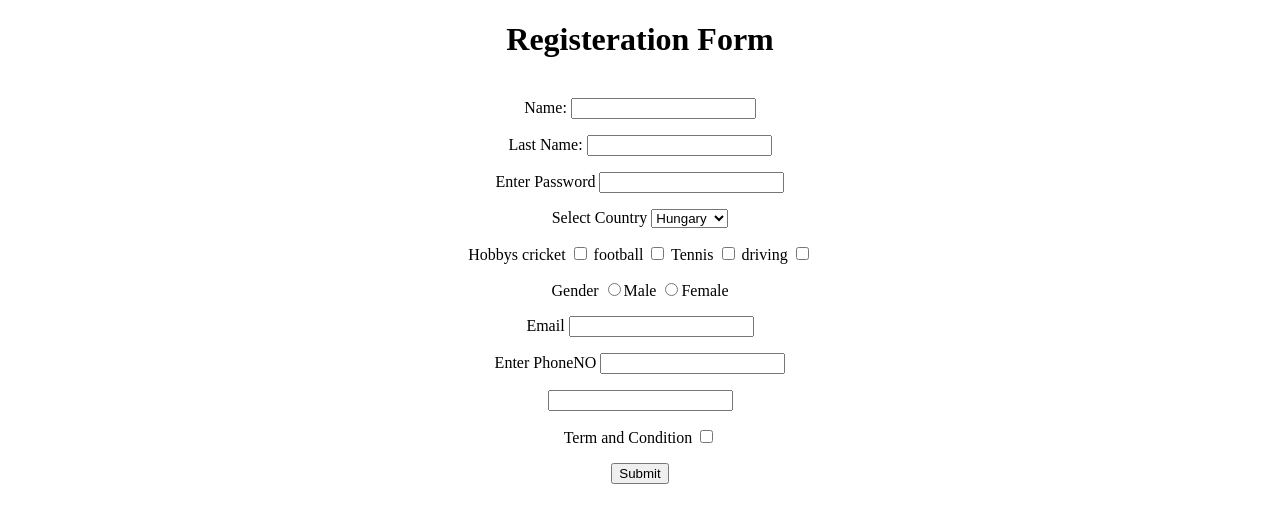
Repository: DevKhanHassam/SpringMvc
Page: http://localhost/formPractice/WEB-INF/views/form.jsp
These files come from the project's save history. The page is drawn as it stood at one moment and after the next save; the edit follows.
The browser window is 1280 px wide. The pictures show the whole page.
The page is served by Tomcat 9. Nobody is signed in. The template is opened directly, without the code that normally fills it, so the values that code supplies are empty.

Above is the page before, as saved 2024-05-19 15:37:25.

After the next save:
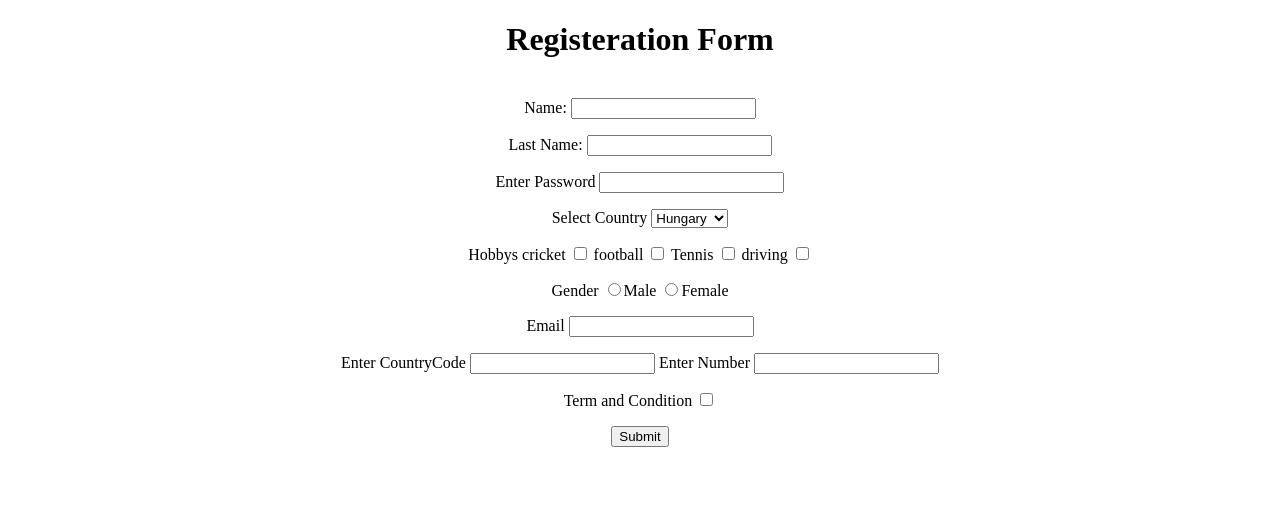
Saved 2 min 1 s later.
--- a/formPractice/src/main/webapp/WEB-INF/views/form.jsp
+++ b/formPractice/src/main/webapp/WEB-INF/views/form.jsp
@@ -72,10 +72,10 @@
 				<form:input path="commDto.email" />
 			<p></p>
 
-			<label>Enter PhoneNO</label>
+			<label>Enter CountryCode</label>
 			<form:input path="commDto.mobileNO.countrycode" />
 			<form:errors path="commDto.mobileNO.countrycode" cssClass="error"></form:errors>
-			<p>
+			<label>Enter Number</label>
 			<form:input path="commDto.mobileNO.userNumber" />
 			<form:errors path="commDto.mobileNO.userNumber" cssClass="error"></form:errors>
 
